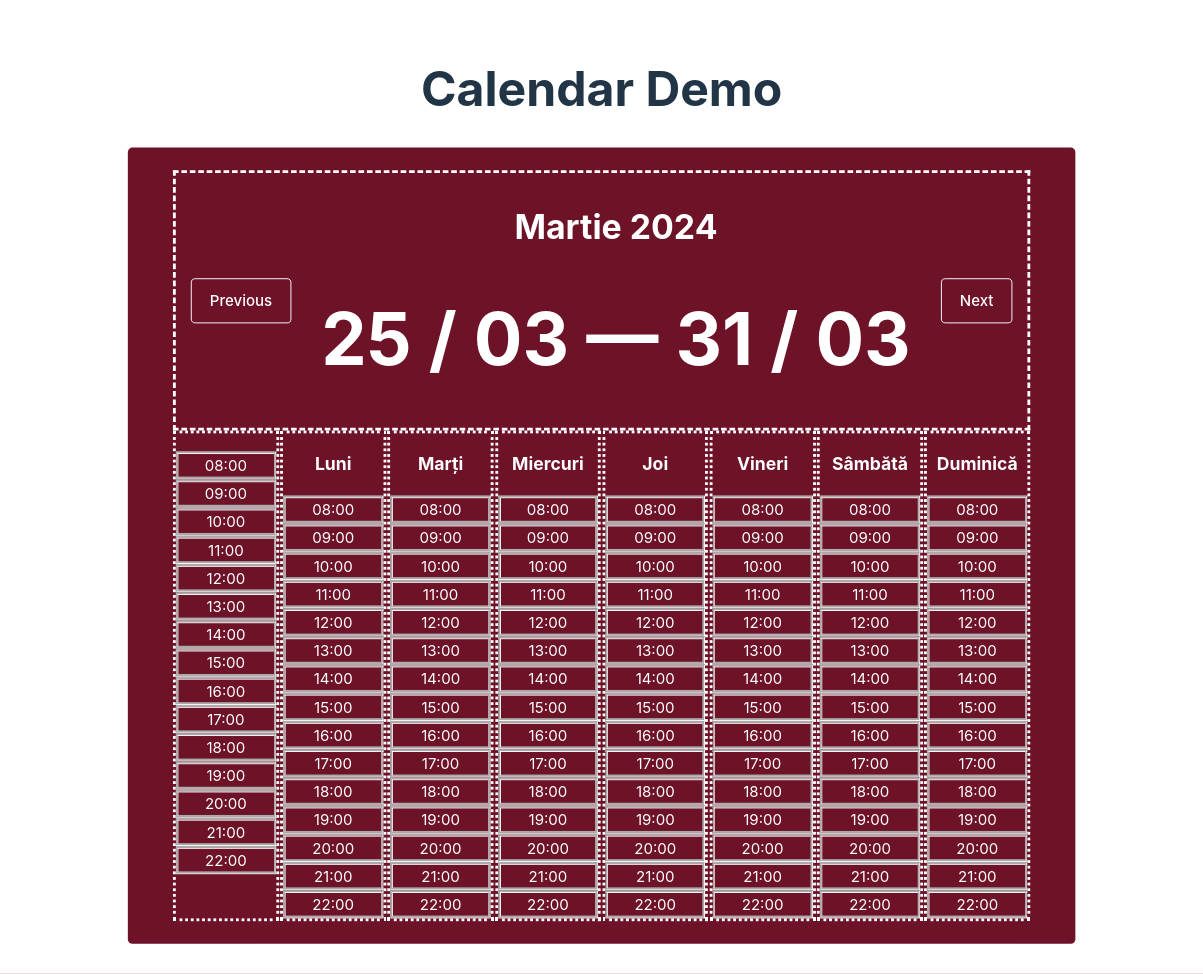
Repository: Maryie-B/weekly-calendar-scheduler
Page: /
An editor plug-in stored every save of this project. The page is shown before and after the next save, followed by the edit.
The browser window is 1280 px wide. The pictures show the whole page, at 94% of full size.
The project was rebuilt for these pictures with package versions that can differ from the ones it lists, and the page was loaded fresh each time. Also part of the build but not shown: vite.config.js.

Above is the page before, as saved 2024-03-26 15:43:02.

### src/App.jsx
import './App.css'
import CalendarHeader from './CalendarHeader'
import CalendarDays from './CalendarDays'

function App() {

  return (
    <>
      <h1>Calendar Demo</h1>
      <div className='calendar-wrapper'>

        <CalendarHeader />
        <CalendarDays />
      </div>
    </>
  )
}

export default App

### src/App.css
#root {
  max-width: 1280px;
  margin: 0 auto;
  padding: 2rem;
  text-align: center;
}

.calendar-wrapper {
  background-color: rgb(110, 18, 40);
  color: white;
  padding: 1.5rem 3rem;
  border-radius: 0.3rem;
}

.calendar-header {
  display: flex;
  flex-direction: row;
  border-color: white;
  border-style: dashed;
  align-items: center;
  justify-content: center;
}


.calendar-button {
  background-color: rgba(0, 0, 0, 0);
  height: 3rem;
  align-items: center;
  justify-content: center;
  border-color: white;
  border-radius: 0.3rem;
  color: white;
  font-size: 1rem;
  margin: 1rem;
}

.calendar-text {
  font-size: 1.5rem;
  padding: 0rem 1rem;
}

.calendar-days-wrapper {
  display: grid;
  gap: 0.1rem;
  text-align: center;
  grid-template-columns: repeat(8, 1fr);
}

.days-header {
  border-color: white;
  border-style: dotted;
}

.hour-intervals {
  border-color: white;
  border-style: groove;
}

### src/CalendarHeader.jsx
import { useState, useEffect } from "react";

const CalendarHeader = () => {
  const [currentWeekStart, setCurrentWeekStart] = useState(() => {
      const now = new Date();
      const currentDay = now.getDay();
      const untilMonday = currentDay === 0 ? 6 : currentDay - 1;
      now.setDate(now.getDate() - untilMonday);
      return now;
  });

  const [currentWeekEnd, setCurrentWeekEnd] = useState(() => {
    const end = new Date(currentWeekStart);
    end.setDate(currentWeekStart.getDate() + 6);
    return end;
  });

  useEffect(() => {
    const end = new Date(currentWeekStart);
    end.setDate(currentWeekStart.getDate() + 6);
    console.log(end, '- from useEffect');
    setCurrentWeekEnd(end);
  }, [currentWeekStart]);

  const handleGoToPreviousWeek = () => {
    setCurrentWeekStart((prevDate) => {
        const newDate = new Date(prevDate);
        newDate.setDate(newDate.getDate() - 7);
        console.log(newDate, '-- from handleGoToPrevWeek');
        return newDate;
    });
  };

  const handleGoToNextWeek = () => {
    setCurrentWeekStart((prevDate) => {
        const newDate = new Date(prevDate);
        newDate.setDate(newDate.getDate() + 7);
        console.log(newDate, '-from handle NEXTdate');
        return newDate;
    });
  };

  const startMonth = currentWeekStart.getMonth();
  const endMonth = currentWeekEnd.getMonth();
  const startYear = currentWeekStart.getFullYear();
  const endYear = currentWeekEnd.getFullYear();

  const monthsNames = ['Ianuarie', 'Februarie', 'Martie', 'Aprilie',
                        'Mai', 'Iunie', 'Iulie', 'August', 'Septembrie', 'Octombrie', 'Noiembrie', 'Decembrie'];

  let calendarHeader = `${monthsNames[startMonth]} ${startYear}`;
  if (startMonth !== endMonth || startYear !== endYear) {
    calendarHeader += ` — ${monthsNames[endMonth]} ${endYear} `
  }

  let weekStartMonthNumber = currentWeekStart.getMonth() + 1;
  let weekEndMonthNumber = currentWeekEnd.getMonth() + 1;

  weekStartMonthNumber = weekStartMonthNumber < 10 ? `0${weekStartMonthNumber}` : weekStartMonthNumber;
  weekEndMonthNumber = weekEndMonthNumber < 10 ? `0${weekEndMonthNumber}` : weekEndMonthNumber;

  const datesRange = `${currentWeekStart.getDate()} / ${weekStartMonthNumber} — ${currentWeekEnd.getDate()} / ${weekEndMonthNumber}`;

  return (
    <div className="calendar-header">
        <button className='calendar-button' onClick={handleGoToPreviousWeek}>Previous</button>
        <div className="calendar-text">
        <h2>{calendarHeader}</h2>
        <h1>{datesRange}</h1>
        </div>
        <button className='calendar-button' onClick={handleGoToNextWeek}>Next</button>
    </div>
  )
}

export default CalendarHeader;

### src/CalendarDays.jsx
import { useState } from "react"

const CalendarDays = () => {
  const weekDays = [' ', 'Luni', 'Marți', 'Miercuri', 'Joi', 'Vineri', 'Sâmbătă', 'Duminică']

  const hours = [];
  for (let i = 8; i <= 22; i++) {
    hours.push(i);
  }


  return (
    <div className="calendar-days-wrapper">
      {weekDays.map((day, index) => {
        return (

        <div className="days-header" key={index}>
           <h3>{day}</h3>
           {hours.map((hour) => {
               return (
                   <div className="hour-intervals" key={hour}>{hour < 10 ? `0${hour}:00` : `${hour}:00`}</div>
               )
           })}
        </div>
        )
      })}
    </div>
  )
}

export default CalendarDays

Loaded but not shown: index.html (common file); src/main.jsx (common file); src/index.css (common file)

After the next save:
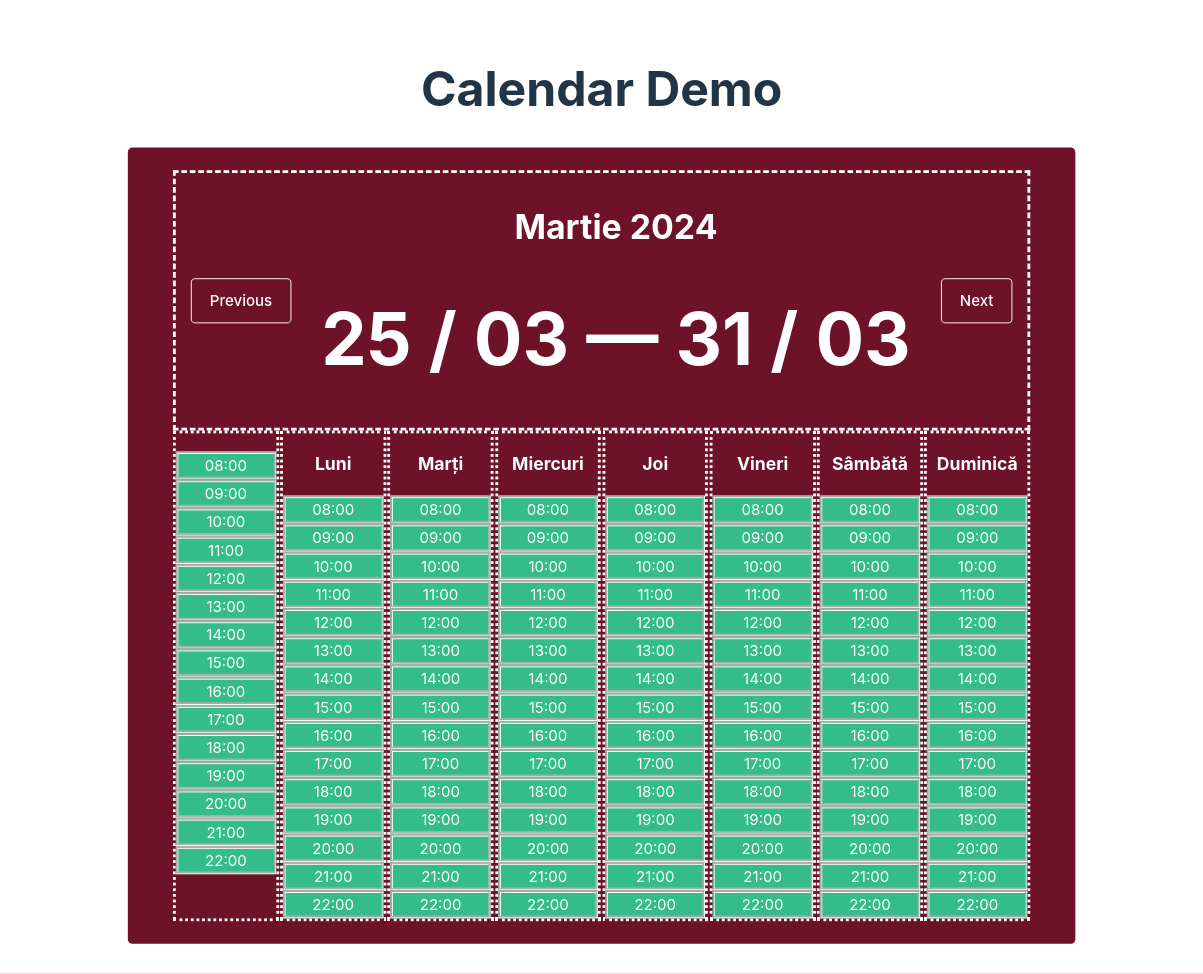
Saved 40 s later.
--- a/src/App.css
+++ b/src/App.css
@@ -52,6 +52,7 @@
 }
 
 .hour-intervals {
+  background-color: rgb(52, 188, 138);
   border-color: white;
   border-style: groove;
 }
